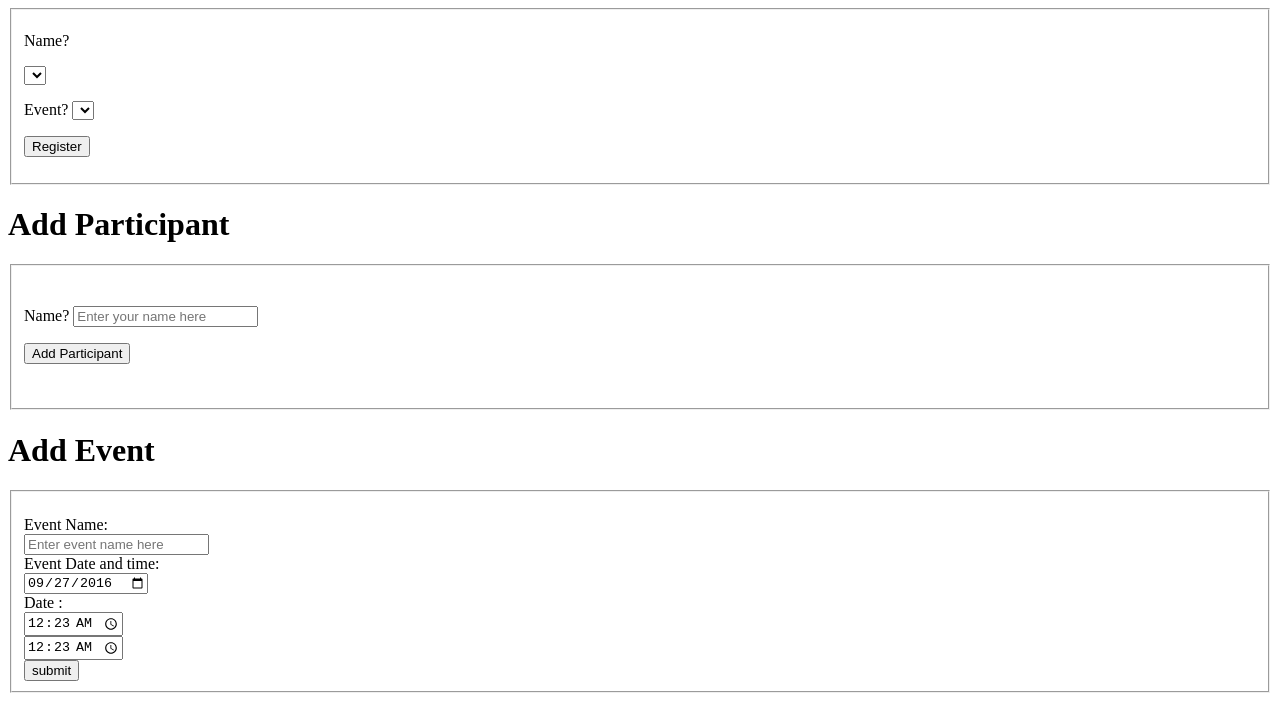
Repository: erickzhao/Event-Registration-Application
Page: http://localhost/
An editor plug-in stored every save of this project. The page is shown before and after a run of saves, followed by the edit.
The browser window is 1280 px wide. The pictures show the whole page.
The page is run by PHP 8.4 with error messages shown; the project is at /var/www/html/.

Above is the page before, as saved 2016-09-28 04:11:04.

### workspace-web/EventRegistration/EventRegistration/index.php
<!DOCTYPE html>
<html>
	<head>
		<meta charset="UTF-8">
		<title> Event Registration </title>
		<style>
			.error {color:#FF0000;}
		</style>
	</head>
	<body>
		<?php
			require_once "model/Participant.php";
			require_once "model/Registration.php";
			require_once "model/RegistrationManager.php";
			require_once "model/Event.php";
			require_once "persistence/PersistenceEventRegistration.php";
			session_start();

			//Retreive data from the model
			$pm = new PersistenceEventRegistration();
			$rm = $pm->loadDataFromStore();

			echo "<form action='register.php' method='post'>";
			echo "<fieldset>";
			echo "<p>Name?</p> <select name='participantspinner'>";
			foreach ($rm->getParticipants() as $participant){
				echo "<option>" . $participant->getName() . "</option>";
			}
			echo "</select><span class='error'>";
			if (isset($_SESSION['errorRegisterParticipant']) && !empty($_SESSION['errorRegisterParticipant'])){
				echo " * " . $_SESSION["errorRegisterParticipant"];
			}
			echo "</span></p>";
			echo "<p>Event? <select name='eventspinner'>";
			foreach ($rm->getEvents() as $event){
				echo "<option>" . $event->getName() . "</option>";
			}
			echo "</select><span class='error'>";
			if (isset($_SESSION['errorRegisterEvent']) && !empty($_SESSION['errorRegisterEvent'])){
				echo " * " . $_SESSION["errorRegisterEvent"];
			}
			echo "</span></p>";
			echo "<p><input type='submit' value='Register'/></p>";
			echo "</fieldset>";
			echo "</form>";
		?>
		<h1> Add Participant </h1>
		<form action = "addparticipant.php" method="post">
			<fieldset>
			<br>
			<p>Name? <input type="text" name="participant_name" placeholder="Enter your name here"/>
			<span class="error">
			<?php
			if (isset($_SESSION['errorParticipantName']) && !empty($_SESSION['errorParticipantName'])){
				echo " * " . $_SESSION["errorParticipantName"];
			}
			?>
			</span></p>
			<p><input type="submit" value="Add Participant"/></p>
			<br>
			</fieldset>
		</form>

		<h1>Add Event</h1>
		<form action = "addevent.php" method="post">
			<fieldset>
			<br>
			Event Name:<br>
			<input type="text" name="event_name" placeholder="Enter event name here"/><br>
			Event Date and time:<br>
			<input type="date" name="event_date" value="<?php echo date('Y-m-d'); ?>" /><br>
			Date :<br> <!--Add better way to select the date-->
			<input type="time" name="starttime" value="<?php echo date('H:i'); ?>" /> <br>
			<input type="time" name="endtime" value="<?php echo date('H:i'); ?>" /> <br>
			<!-- Also add start/end times-->
			<input type="submit" value="submit">
			<br>
			</fieldset>
		</form>
	</body>
</html>

### workspace-web/EventRegistration/EventRegistration/model/Participant.php
<?php
/*PLEASE DO NOT EDIT THIS CODE*/
/*This code was generated using the UMPLE 1.22.0.5146 modeling language!*/

class Participant
{

  //------------------------
  // MEMBER VARIABLES
  //------------------------

  //Participant Attributes
  private $name;

  //------------------------
  // CONSTRUCTOR
  //------------------------

  public function __construct($aName)
  {
    $this->name = $aName;
  }

  //------------------------
  // INTERFACE
  //------------------------

  public function setName($aName)
  {
    $wasSet = false;
    $this->name = $aName;
    $wasSet = true;
    return $wasSet;
  }

  public function getName()
  {
    return $this->name;
  }

  public function equals($compareTo)
  {
    return $this == $compareTo;
  }

  public function delete()
  {}

}
?>

### workspace-web/EventRegistration/EventRegistration/model/Registration.php
<?php
/*PLEASE DO NOT EDIT THIS CODE*/
/*This code was generated using the UMPLE 1.22.0.5146 modeling language!*/

class Registration
{

  //------------------------
  // STATIC VARIABLES
  //------------------------

  private static $nextId = 1;

  //------------------------
  // MEMBER VARIABLES
  //------------------------

  //Autounique Attributes
  private $id;

  //Registration Associations
  private $participant;
  private $event;

  //------------------------
  // CONSTRUCTOR
  //------------------------

  public function __construct($aParticipant, $aEvent)
  {
    $this->id = self::$nextId++;
    if (!$this->setParticipant($aParticipant))
    {
      throw new Exception("Unable to create Registration due to aParticipant");
    }
    if (!$this->setEvent($aEvent))
    {
      throw new Exception("Unable to create Registration due to aEvent");
    }
  }

  //------------------------
  // INTERFACE
  //------------------------

  public function getId()
  {
    return $this->id;
  }

  public function getParticipant()
  {
    return $this->participant;
  }

  public function getEvent()
  {
    return $this->event;
  }

  public function setParticipant($aNewParticipant)
  {
    $wasSet = false;
    if ($aNewParticipant != null)
    {
      $this->participant = $aNewParticipant;
      $wasSet = true;
    }
    return $wasSet;
  }

  public function setEvent($aNewEvent)
  {
    $wasSet = false;
    if ($aNewEvent != null)
    {
      $this->event = $aNewEvent;
      $wasSet = true;
    }
    return $wasSet;
  }

  public function equals($compareTo)
  {
    return $this == $compareTo;
  }

  public function delete()
  {
    $this->participant = null;
    $this->event = null;
  }

}
?>

### workspace-web/EventRegistration/EventRegistration/model/RegistrationManager.php
<?php
/*PLEASE DO NOT EDIT THIS CODE*/
/*This code was generated using the UMPLE 1.22.0.5146 modeling language!*/

class RegistrationManager
{

  //------------------------
  // STATIC VARIABLES
  //------------------------

  private static $theInstance = null;

  //------------------------
  // MEMBER VARIABLES
  //------------------------

  //RegistrationManager Associations
  private $registrations;
  private $participants;
  private $events;

  //------------------------
  // CONSTRUCTOR
  //------------------------

  private function __construct()
  {
    $this->registrations = array();
    $this->participants = array();
    $this->events = array();
  }

  public static function getInstance()
  {
    if(self::$theInstance == null)
    {
      self::$theInstance = new RegistrationManager();
    }
    return self::$theInstance;
  }

  //------------------------
  // INTERFACE
  //------------------------

  public function getRegistration_index($index)
  {
    $aRegistration = $this->registrations[$index];
    return $aRegistration;
  }

  public function getRegistrations()
  {
    $newRegistrations = $this->registrations;
    return $newRegistrations;
  }

  public function numberOfRegistrations()
  {
    $number = count($this->registrations);
    return $number;
  }

  public function hasRegistrations()
  {
    $has = $this->numberOfRegistrations() > 0;
    return $has;
  }

  public function indexOfRegistration($aRegistration)
  {
    $wasFound = false;
    $index = 0;
    foreach($this->registrations as $registration)
    {
      if ($registration->equals($aRegistration))
      {
        $wasFound = true;
        break;
      }
      $index += 1;
    }
    $index = $wasFound ? $index : -1;
    return $index;
  }

  public function getParticipant_index($index)
  {
    $aParticipant = $this->participants[$index];
    return $aParticipant;
  }

  public function getParticipants()
  {
    $newParticipants = $this->participants;
    return $newParticipants;
  }

  public function numberOfParticipants()
  {
    $number = count($this->participants);
    return $number;
  }

  public function hasParticipants()
  {
    $has = $this->numberOfParticipants() > 0;
    return $has;
  }

  public function indexOfParticipant($aParticipant)
  {
    $wasFound = false;
    $index = 0;
    foreach($this->participants as $participant)
    {
      if ($participant->equals($aParticipant))
      {
        $wasFound = true;
        break;
      }
      $index += 1;
    }
    $index = $wasFound ? $index : -1;
    return $index;
  }

  public function getEvent_index($index)
  {
    $aEvent = $this->events[$index];
    return $aEvent;
  }

  public function getEvents()
  {
    $newEvents = $this->events;
    return $newEvents;
  }

  public function numberOfEvents()
  {
    $number = count($this->events);
    return $number;
  }

  public function hasEvents()
  {
    $has = $this->numberOfEvents() > 0;
    return $has;
  }

  public function indexOfEvent($aEvent)
  {
    $wasFound = false;
    $index = 0;
    foreach($this->events as $event)
    {
      if ($event->equals($aEvent))
      {
        $wasFound = true;
        break;
      }
      $index += 1;
    }
    $index = $wasFound ? $index : -1;
    return $index;
  }

  public static function minimumNumberOfRegistrations()
  {
    return 0;
  }

  public function addRegistration($aRegistration)
  {
    $wasAdded = false;
    if ($this->indexOfRegistration($aRegistration) !== -1) { return false; }
    $this->registrations[] = $aRegistration;
    $wasAdded = true;
    return $wasAdded;
  }

  public function removeRegistration($aRegistration)
  {
    $wasRemoved = false;
    if ($this->indexOfRegistration($aRegistration) != -1)
    {
      unset($this->registrations[$this->indexOfRegistration($aRegistration)]);
      $this->registrations = array_values($this->registrations);
      $wasRemoved = true;
    }
    return $wasRemoved;
  }

  public function addRegistrationAt($aRegistration, $index)
  {
    $wasAdded = false;
    if($this->addRegistration($aRegistration))
    {
      if($index < 0 ) { $index = 0; }
      if($index > $this->numberOfRegistrations()) { $index = $this->numberOfRegistrations() - 1; }
      array_splice($this->registrations, $this->indexOfRegistration($aRegistration), 1);
      array_splice($this->registrations, $index, 0, array($aRegistration));
      $wasAdded = true;
    }
    return $wasAdded;
  }

  public function addOrMoveRegistrationAt($aRegistration, $index)
  {
    $wasAdded = false;
    if($this->indexOfRegistration($aRegistration) !== -1)
    {
      if($index < 0 ) { $index = 0; }
      if($index > $this->numberOfRegistrations()) { $index = $this->numberOfRegistrations() - 1; }
      array_splice($this->registrations, $this->indexOfRegistration($aRegistration), 1);
      array_splice($this->registrations, $index, 0, array($aRegistration));
      $wasAdded = true;
    }
    else
    {
      $wasAdded = $this->addRegistrationAt($aRegistration, $index);
    }
    return $wasAdded;
  }

  public static function minimumNumberOfParticipants()
  {
    return 0;
  }

  public function addParticipant($aParticipant)
  {
    $wasAdded = false;
    if ($this->indexOfParticipant($aParticipant) !== -1) { return false; }
    $this->participants[] = $aParticipant;
    $wasAdded = true;
    return $wasAdded;
  }

  public function removeParticipant($aParticipant)
  {
    $wasRemoved = false;
    if ($this->indexOfParticipant($aParticipant) != -1)
    {
      unset($this->participants[$this->indexOfParticipant($aParticipant)]);
      $this->participants = array_values($this->participants);
      $wasRemoved = true;
    }
    return $wasRemoved;
  }

  public function addParticipantAt($aParticipant, $index)
  {
    $wasAdded = false;
    if($this->addParticipant($aParticipant))
    {
      if($index < 0 ) { $index = 0; }
      if($index > $this->numberOfParticipants()) { $index = $this->numberOfParticipants() - 1; }
      array_splice($this->participants, $this->indexOfParticipant($aParticipant), 1);
      array_splice($this->participants, $index, 0, array($aParticipant));
      $wasAdded = true;
    }
    return $wasAdded;
  }

  public function addOrMoveParticipantAt($aParticipant, $index)
  {
    $wasAdded = false;
    if($this->indexOfParticipant($aParticipant) !== -1)
    {
      if($index < 0 ) { $index = 0; }
      if($index > $this->numberOfParticipants()) { $index = $this->numberOfParticipants() - 1; }
      array_splice($this->participants, $this->indexOfParticipant($aParticipant), 1);
      array_splice($this->participants, $index, 0, array($aParticipant));
      $wasAdded = true;
    }
    else
    {
      $wasAdded = $this->addParticipantAt($aParticipant, $index);
    }
    return $wasAdded;
  }

  public static function minimumNumberOfEvents()
  {
    return 0;
  }

  public function addEvent($aEvent)
  {
    $wasAdded = false;
    if ($this->indexOfEvent($aEvent) !== -1) { return false; }
    $this->events[] = $aEvent;
    $wasAdded = true;
    return $wasAdded;
  }

  public function removeEvent($aEvent)
  {
    $wasRemoved = false;
    if ($this->indexOfEvent($aEvent) != -1)
    {
      unset($this->events[$this->indexOfEvent($aEvent)]);
      $this->events = array_values($this->events);
      $wasRemoved = true;
    }
    return $wasRemoved;
  }

  public function addEventAt($aEvent, $index)
  {
    $wasAdded = false;
    if($this->addEvent($aEvent))
    {
      if($index < 0 ) { $index = 0; }
      if($index > $this->numberOfEvents()) { $index = $this->numberOfEvents() - 1; }
      array_splice($this->events, $this->indexOfEvent($aEvent), 1);
      array_splice($this->events, $index, 0, array($aEvent));
      $wasAdded = true;
    }
    return $wasAdded;
  }

  public function addOrMoveEventAt($aEvent, $index)
  {
    $wasAdded = false;
    if($this->indexOfEvent($aEvent) !== -1)
    {
      if($index < 0 ) { $index = 0; }
      if($index > $this->numberOfEvents()) { $index = $this->numberOfEvents() - 1; }
      array_splice($this->events, $this->indexOfEvent($aEvent), 1);
      array_splice($this->events, $index, 0, array($aEvent));
      $wasAdded = true;
    }
    else
    {
      $wasAdded = $this->addEventAt($aEvent, $index);
    }
    return $wasAdded;
  }

  public function equals($compareTo)
  {
    return $this == $compareTo;
  }

  public function delete()
  {
    $this->registrations = array();
    $this->participants = array();
    $this->events = array();
  }

}
?>

### workspace-web/EventRegistration/EventRegistration/model/Event.php
<?php
/*PLEASE DO NOT EDIT THIS CODE*/
/*This code was generated using the UMPLE 1.22.0.5146 modeling language!*/

class Event
{

  //------------------------
  // MEMBER VARIABLES
  //------------------------

  //Event Attributes
  private $name;
  private $eventDate;
  private $startTime;
  private $endTime;

  //------------------------
  // CONSTRUCTOR
  //------------------------

  public function __construct($aName, $aEventDate, $aStartTime, $aEndTime)
  {
    $this->name = $aName;
    $this->eventDate = $aEventDate;
    $this->startTime = $aStartTime;
    $this->endTime = $aEndTime;
  }

  //------------------------
  // INTERFACE
  //------------------------

  public function setName($aName)
  {
    $wasSet = false;
    $this->name = $aName;
    $wasSet = true;
    return $wasSet;
  }

  public function setEventDate($aEventDate)
  {
    $wasSet = false;
    $this->eventDate = $aEventDate;
    $wasSet = true;
    return $wasSet;
  }

  public function setStartTime($aStartTime)
  {
    $wasSet = false;
    $this->startTime = $aStartTime;
    $wasSet = true;
    return $wasSet;
  }

  public function setEndTime($aEndTime)
  {
    $wasSet = false;
    $this->endTime = $aEndTime;
    $wasSet = true;
    return $wasSet;
  }

  public function getName()
  {
    return $this->name;
  }

  public function getEventDate()
  {
    return $this->eventDate;
  }

  public function getStartTime()
  {
    return $this->startTime;
  }

  public function getEndTime()
  {
    return $this->endTime;
  }

  public function equals($compareTo)
  {
    return $this == $compareTo;
  }

  public function delete()
  {}

}
?>

### workspace-web/EventRegistration/EventRegistration/persistence/PersistenceEventRegistration.php
<?php
class PersistenceEventRegistration{
	private $filename;

	function __construc($filename = 'data.txt'){
		$this->filename = $filename;
	}

	function loadDataFromStore(){
		if (file_exists($this->filename)){
			$str = file_get_contents($this->filename);
			$rm = unserialize($str);
		} else {
			$rm = RegistrationManager::getInstance();
		}
		return $rm;
	}

	function writeDataToStore($rm){
		$str = serialize($rm);
		file_put_contents($this->filename, $str);
	}
}
?>

After the next 2 saves:
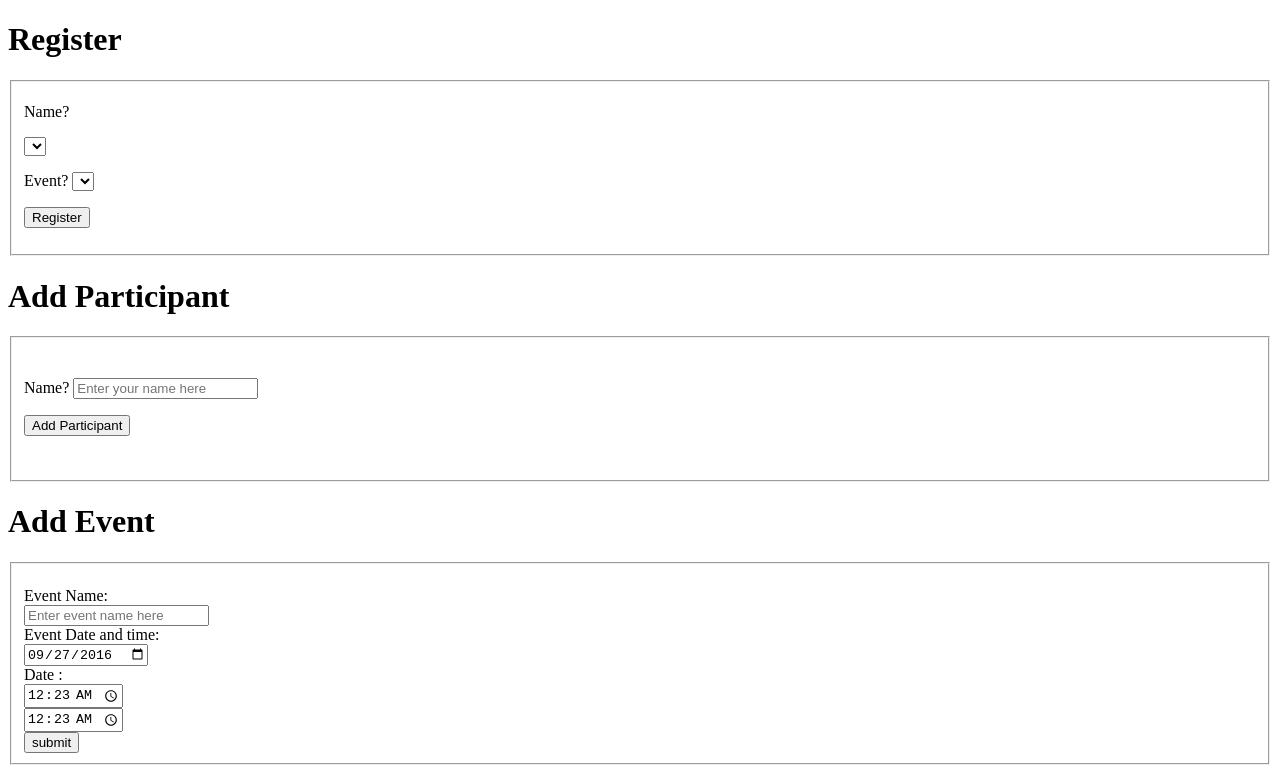
The 2 saves are shown as one change because they came seconds apart.
The last was saved 6 min 31 s later.
--- a/workspace-web/EventRegistration/EventRegistration/index.php
+++ b/workspace-web/EventRegistration/EventRegistration/index.php
@@ -20,6 +20,7 @@
 			$pm = new PersistenceEventRegistration();
 			$rm = $pm->loadDataFromStore();
 
+			echo "<h1>Register</h1>";
 			echo "<form action='register.php' method='post'>";
 			echo "<fieldset>";
 			echo "<p>Name?</p> <select name='participantspinner'>";
